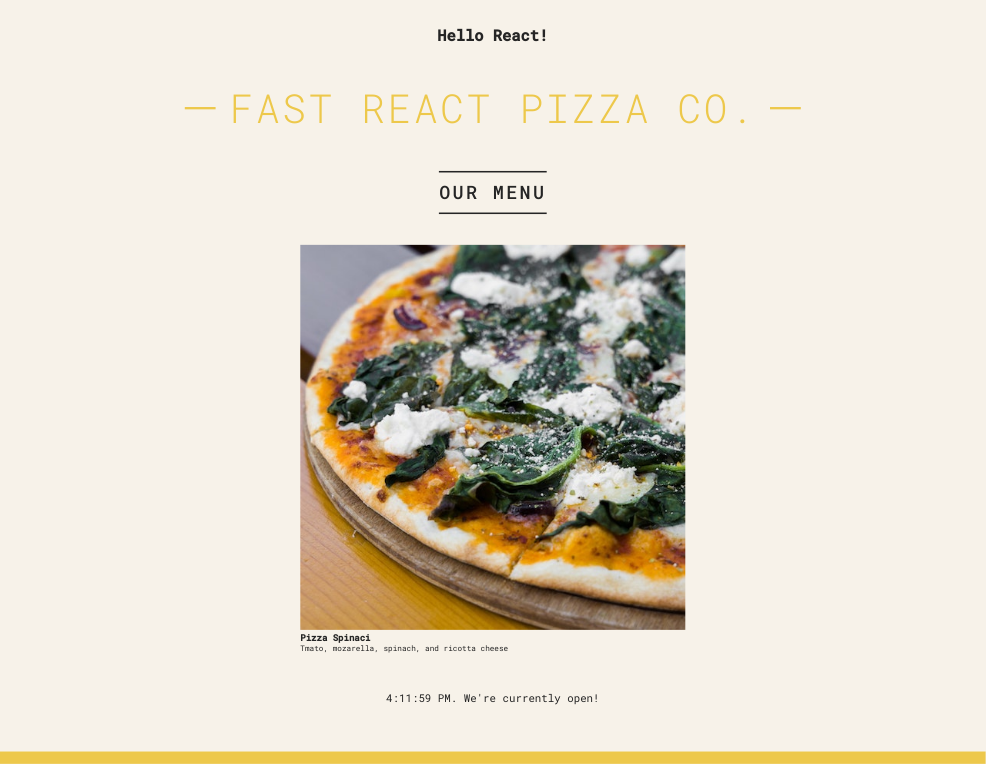
Repository: Alphosmart/03_pizza-menu
Page: /
The author's editor kept a copy of each file at every save. The page is drawn from the files as they stood at one save, then again after a run of saves.
The browser window is 1280 px wide. The pictures show the whole page, at 77% of full size.
The project was rebuilt for these pictures with package versions that can differ from the ones it lists, and the page was loaded fresh each time.

Above is the page before, as saved 2024-05-27 19:45:46.

### src/index.js
import React from "react";
import ReactDOM from "react-dom/client";
import "./index.css";

const pizzaData = [
  {
    name: "Focaccia",
    ingredients: "Bread with italian olive oil and rosemary",
    price: 6,
    photoName: "pizzas/focaccia.jpg",
    soldOut: false,
  },
  {
    name: "Pizza Margherita",
    ingredients: "Tomato and mozarella",
    price: 10,
    photoName: "pizzas/margherita.jpg",
    soldOut: false,
  },
  {
    name: "Pizza Spinaci",
    ingredients: "Tomato, mozarella, spinach, and ricotta cheese",
    price: 12,
    photoName: "pizzas/spinaci.jpg",
    soldOut: false,
  },
  {
    name: "Pizza Funghi",
    ingredients: "Tomato, mozarella, mushrooms, and onion",
    price: 12,
    photoName: "pizzas/funghi.jpg",
    soldOut: false,
  },
  {
    name: "Pizza Salamino",
    ingredients: "Tomato, mozarella, and pepperoni",
    price: 15,
    photoName: "pizzas/salamino.jpg",
    soldOut: true,
  },
  {
    name: "Pizza Prosciutto",
    ingredients: "Tomato, mozarella, ham, aragula, and burrata cheese",
    price: 18,
    photoName: "pizzas/prosciutto.jpg",
    soldOut: false,
  },
];

function App() {
  return (
    <div className="container">
      <h1>Hello React!</h1>
      <Header />
      <Menu />
      <Footer />
    </div>
  );
}

function Header() {
  // const style = { color: "red", fontSize: "48px", textTransform: "Uppercase" };
  const style = {};
  return (
    <header className="header">
      <h1 style={style}>Fast React Pizza Co.</h1>
    </header>
  );
}

function Menu() {
  return (
    <main className="menu">
      <h2>Our Menu</h2>
      <Pizza
        name="Pizza Spinaci"
        ingredients="Tmato, mozarella, spinach, and ricotta cheese"
        photoName="pizzas/spinaci.jpg"
        price="10"
      />
    </main>
  );
}

function Pizza(props) {
  console.log(props);
  return (
    <div>
      <img src={props.photoName} alt={props.name} />
      <h3>{props.name}</h3>
      <p>{props.ingredients}</p>
    </div>
  );
}
function Footer() {
  // const hour = new Date().getHours();
  // const openHour = 12;
  // const closeHour = 22;
  // const isOpen = hour >= openHour && hour <= closeHour;
  // console.log(isOpen);
  // if (hour >= openHour && hour <= closeHour) alert("We're currently open!");
  // else alert("Sorry We're closed!");
  return (
    <footer className="footer">
      {new Date().toLocaleTimeString()}. We're currently open!
    </footer>
  );

  // return React.createElement("footer", null, "We're currently open!");
}

// React v18
const root = ReactDOM.createRoot(document.getElementById("root"));
root.render(
  <React.StrictMode>
    <App />
  </React.StrictMode>
); // or root.render<App />);

//React before v18
// React.render(<App />, document.getElementById("root"));

Loaded but not shown: public/index.html (common file); src/index.css (common file)

After the next 3 saves:
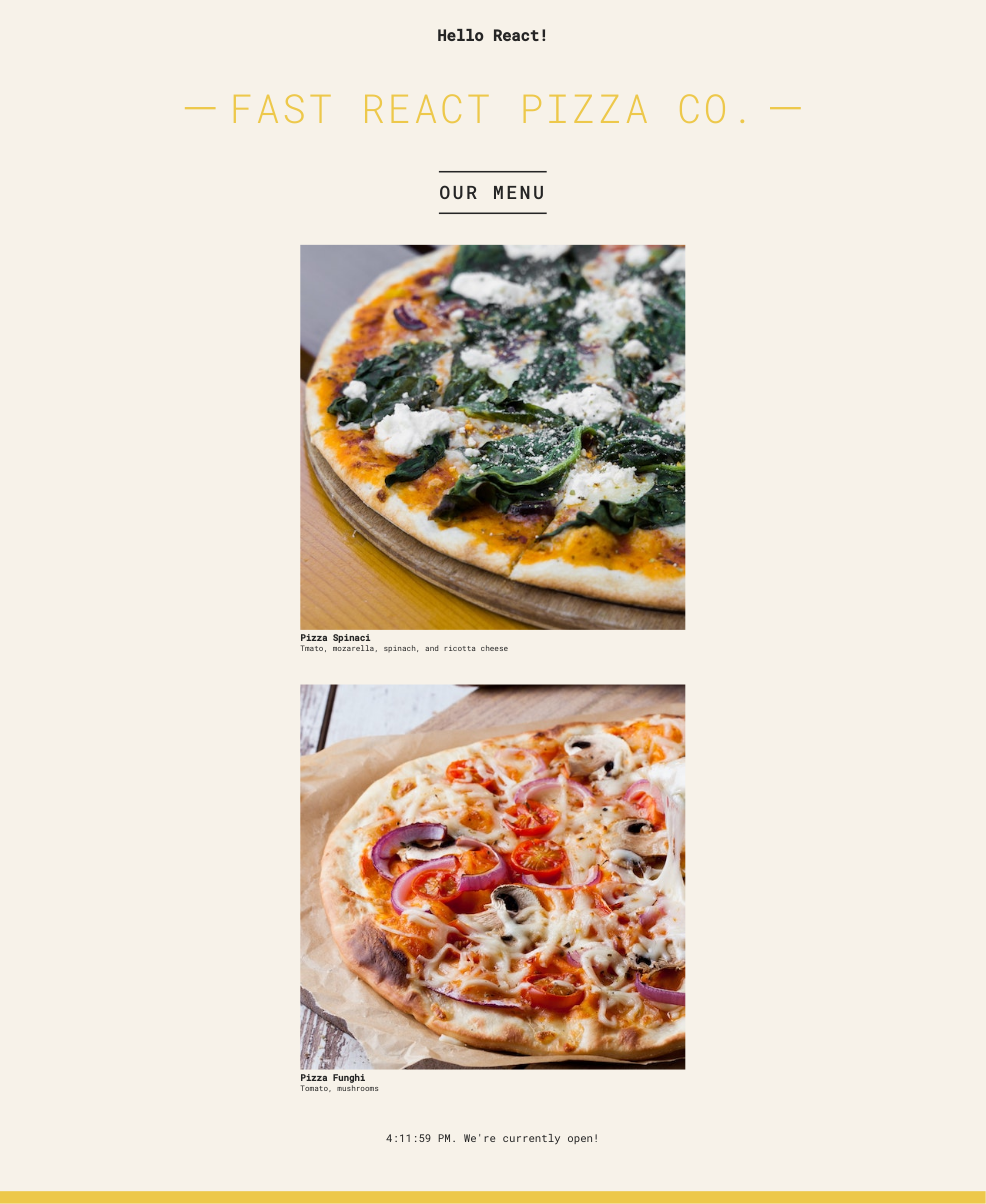
The 3 saves are shown as one change because 2 did not build or start.
The last was saved 3 min 8 s later.
--- a/src/index.js
+++ b/src/index.js
@@ -78,6 +78,12 @@ function Menu() {
         photoName="pizzas/spinaci.jpg"
         price="10"
       />
+      <Pizza
+        name="Pizza Funghi"
+        ingredients="Tomato, mushrooms"
+        price="12"
+        photoName="pizzas/funghi.jpg"
+      />
     </main>
   );
 }
